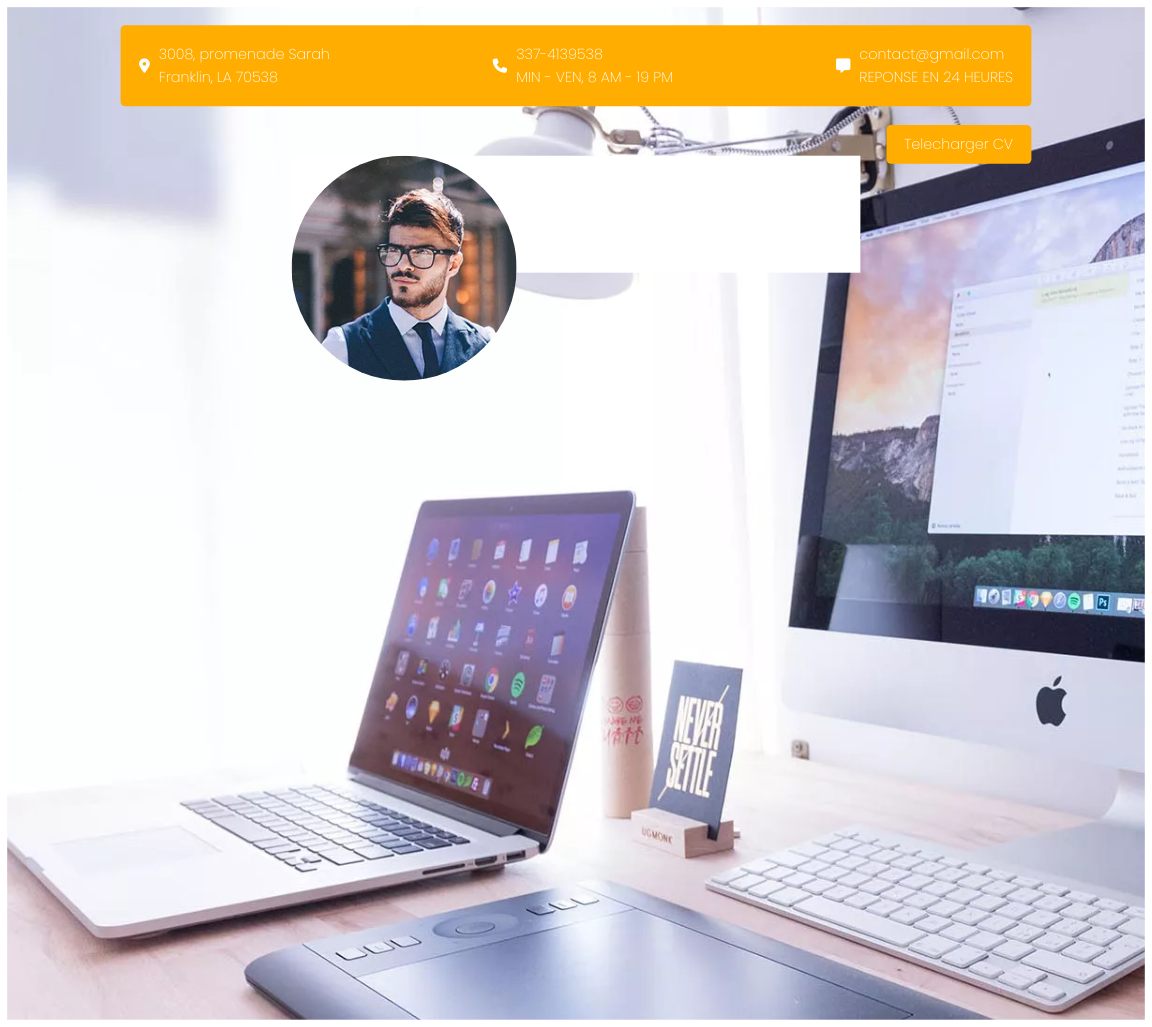
Repository: wadelfadill/CV_PORTFOLIO
Page: index.html
These files come from the project's save history. The page is drawn as it stood at one moment and after the next save; the edit follows.
The browser window is 1280 px wide. The pictures show the whole page, at 90% of full size.

Above is the page before, as saved 2023-03-13 13:09:49.

After the next save:
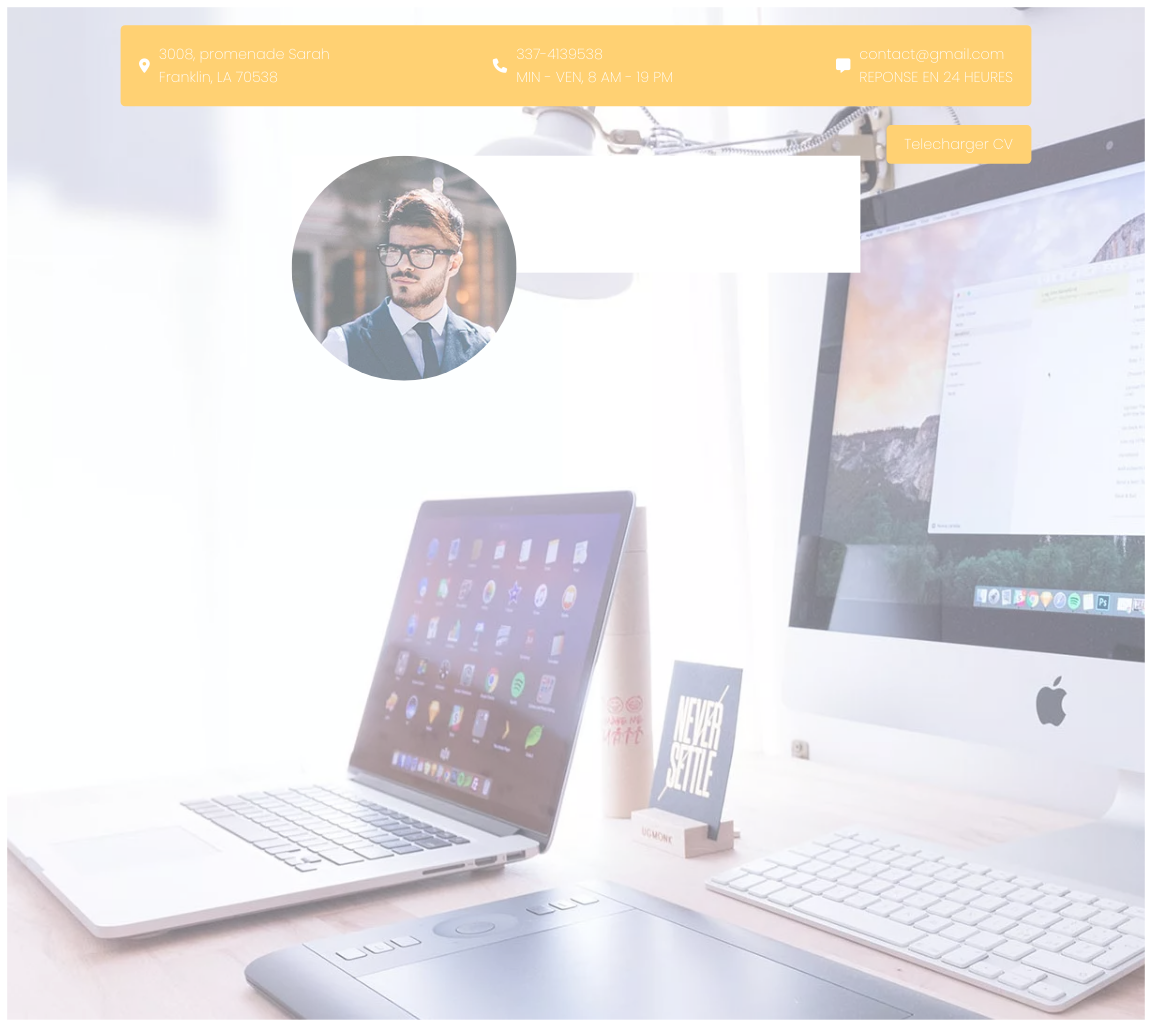
Saved 3 min 11 s later.
--- a/style.css
+++ b/style.css
@@ -9,6 +9,7 @@
     padding-top: 20px;
     background: url("images/background.jpg");
     background-size: cover;
+    opacity: 0.55;
 }
 .address{
     background-color: #FFAD01;
@@ -16,6 +17,7 @@
     display: flex;
     justify-content: space-between;
     border-radius: 5px;
+    z-index: 1;
 
 }
 .add-1{
@@ -63,4 +65,5 @@
 }
 .presentation{
     background-color: white;
+
 }

After the save that followed:
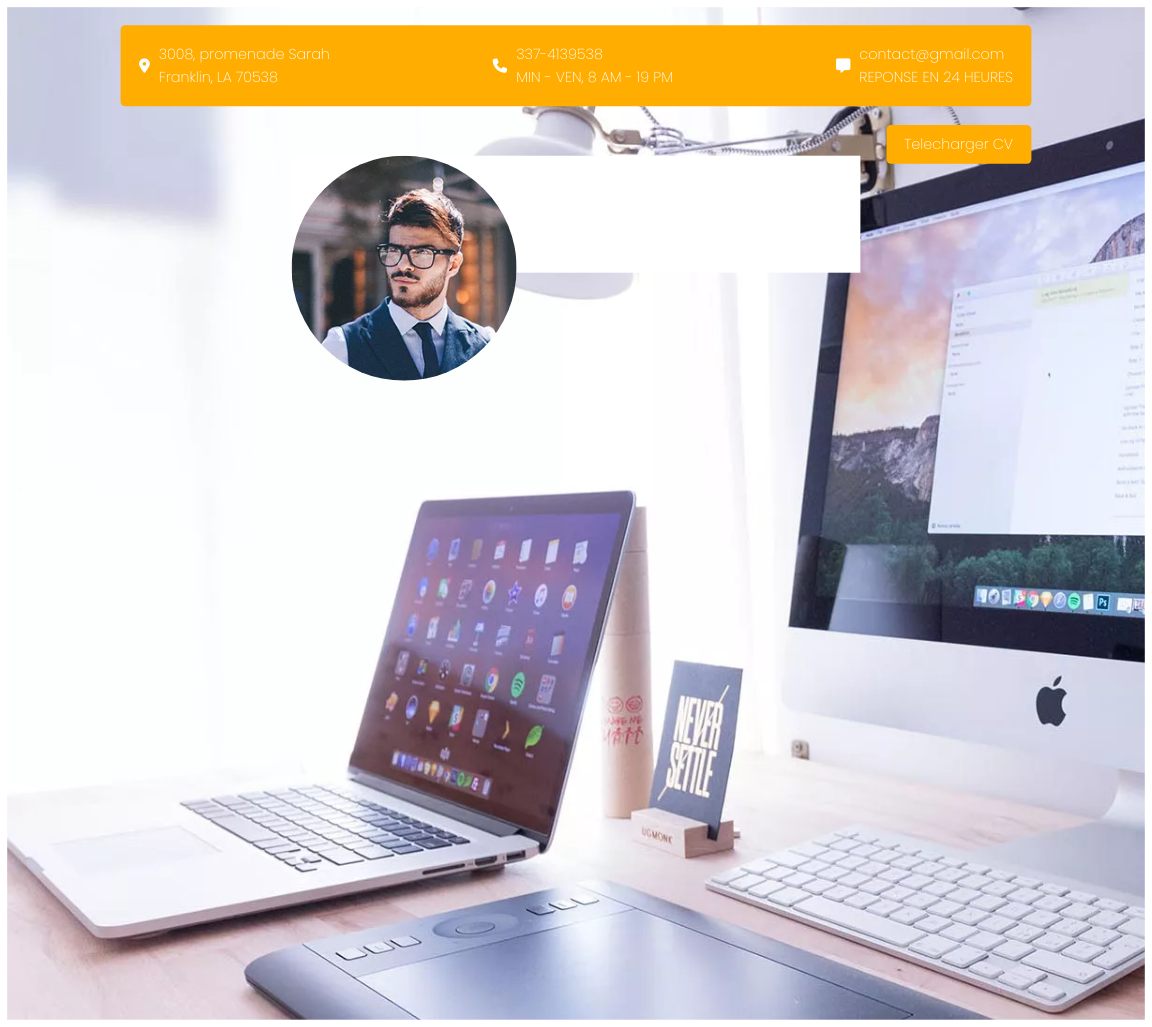
Saved 14 s later.
--- a/style.css
+++ b/style.css
@@ -9,7 +9,7 @@
     padding-top: 20px;
     background: url("images/background.jpg");
     background-size: cover;
-    opacity: 0.55;
+    opacity: 1;
 }
 .address{
     background-color: #FFAD01;
